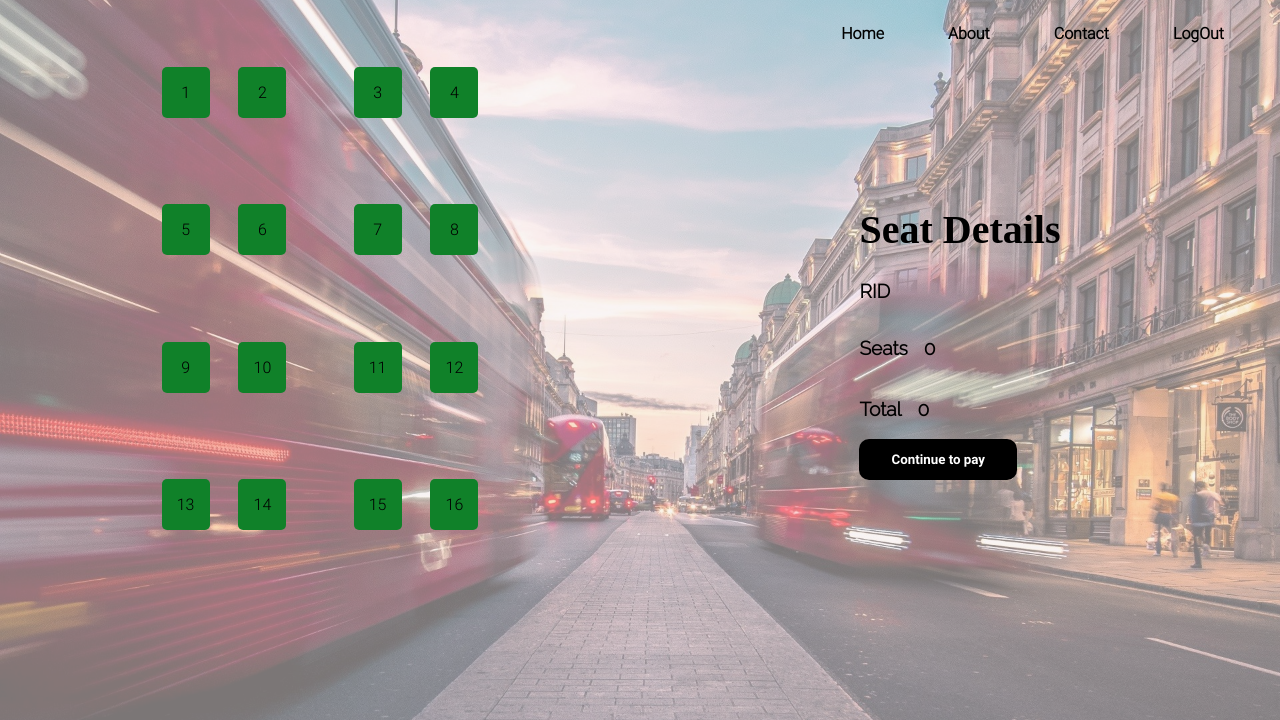
Repository: Savindushehan/RouteMaster-Group-project
Page: http://localhost/RouterMaster/Bus.jsp
An editor plug-in stored every save of this project. The page is shown before and after the next save, followed by the edit.
The browser window is 1280 px wide. The pictures show the whole page.
The page is served by Tomcat 10. Other server files are loaded and not shown. The template is opened directly, without the code that normally fills it, so the values that code supplies are empty.

Above is the page before, as saved 2023-10-12 07:35:28.

### RouteMaster/RouterMaster/src/main/webapp/Bus.jsp
<%@ page language="java" contentType="text/html; charset=UTF-8"
    pageEncoding="UTF-8"%>
<!DOCTYPE html>
<html lang="en">
<head>
    <meta charset="UTF-8">
    <meta name="viewport" content="width=device-width, initial-scale=1.0">
    <title>RouteMaste</title>
    <style>
        @font-face {
        font-family: 'Roboto-Light'; /* Font family name */
        src: url('Fonts/Roboto-Light.ttf') format('truetype'); /* URL to your font file */
        font-weight: normal;
        font-style: italic;
        }
        @font-face {
        font-family: 'Raleway-Light'; /* Font family name */
        src: url('Fonts/Raleway-Light.ttf') format('truetype'); /* URL to your font file */
        font-weight: normal;
        font-style: italic;
        }
        @font-face {
        font-family: 'Roboto-Bold'; /* Font family name */
        src: url('Fonts/Roboto-Bold.ttf') format('truetype'); /* URL to your font file */
        font-weight: normal;
        font-style: italic;
        }
        :root{
            --div-color1:#000000;
            --div-color2:#272702;
            --div-color3:#07FAFA;
            --div-color4:#FFFFFF;
        }
        a{
            text-decoration: none;
        }
        body{
            margin: 0;
            padding: 0;
            background-image: url(background.jpg);
            background-size: cover;
            background-repeat: no-repeat;
            background-position: center;
            height: 100vh;

        }
        body::before {
          content: "";
          position: absolute;
          top: 0;
          left: 0;
          width: 100%;
          height: 100%;
          background-color: rgba(245, 236, 236, 0.5);
          z-index: -1;
        }
        .head{
            display: flex;
            flex-direction: row;
            justify-content: right;
        }
        header h3{
            color: var(--div-color1);
            font-size:1rem;
            margin-right: 3rem;
            cursor: grab;
            padding: 0.5rem;
            border-radius: 0.5rem;
            outline: none;
            font-family: 'Roboto-Light';
        }
        span{
            width: 3rem;
            text-align: center;
            padding-top: 1rem;
            padding-bottom: 1rem;
            border-radius: 5px;
            background-color:rgb(16, 129, 41);
            outline: none;
            cursor: pointer;
            font-family: 'Roboto-Light';

        }
        .side1{
            width: 30%;
            height: 70vh;
        }
        .side2{
            width: 30%;
            display: flex;
            flex-direction: column;
            justify-content: center;
            align-items: center;
        }
        .row1,.row2,.row3,.row4{
            display: flex;
            flex-direction: row;
            justify-content: space-around;
            margin-bottom: 12vh;
        }
        .column1,.column2{
            width: 40%;
            display: flex;
            flex-direction: row;
            justify-content: space-around;
        }
        main{
            display: flex;
            flex-direction: row;
            justify-content: space-around;
            align-items: center;
        }
        button{
          text-align: center;
          padding-left: 2rem;
          padding-right: 2rem;
          padding-top: 0.8rem;
          padding-bottom: 0.8rem;
          border-radius: 10px;
          font-family: 'Roboto-Bold';
          background-color: var(--div-color1);
          color: var(--div-color4);
          border: none;
          outline: none;
          cursor: pointer;
        }
        .details1,.details2{
            display: flex;
            flex-direction: row;

            align-items: center;
        }
        h1{
          font-size: 2.5rem;
          text-align: center;
          margin-top: 3rem;
        }
        h2{
            font-size: 1.2rem;
          font-family: 'Raleway-Light';
        }
        #seats{
            font-size: 1.2rem;
          font-family: 'Raleway-Light';
            margin-left: 1rem;
        }
        #total{
            font-size: 1.2rem;
          font-family: 'Raleway-Light';
            margin-left: 1rem;

        }
        </style>
</head>
<body>

     <header>
        <div class="head">
          <a href="Home.jsp"><h3 id="m1">Home</h3></a>
           <a href="AboutUs.jsp"><h3 id="m2">About</h3></a>
            <a href="ContactUS.jsp"><h3 id="m3">Contact</h3></a>
           <a href="login.jsp"><h3 id="m4">LogOut</h3></a>
        </div>
    </header>
    <main>
        <div class="side1">
            <div class="row1">
                <div class="column1">
                    <span id="s1">1</span>
                    <span id="s2">2</span>
                </div>
            <div class="column2">
                <span id="s3">3</span>
                <span id="s4">4</span>
            </div>
        </div>
        <div class="row2">
            <div class="column1">
                <span id="s5">5</span>
                <span id="s6">6</span>
            </div>
        <div class="column2">
            <span id="s7">7</span>
            <span id="s8">8</span>
        </div>
    </div>
    <div class="row3">
        <div class="column1">
            <span id="s9">9</span>
            <span id="s10">10</span>
        </div>
    <div class="column2">
        <span id="s11">11</span>
        <span id="s12">12</span>
    </div>
</div>
<div class="row4">
    <div class="column1">
        <span id="s13">13</span>
        <span id="s14">14</span>
    </div>
<div class="column2">
    <span id="s15">15</span>
    <span id="s16">16</span>
</div>
</div>
        </div>
        <div class="side2">
            <form>
 <h1>Seat Details</h1>

      <c:forEach var="cus" items="${regDetails}">
    <c:set var="RID" value="${cus.getRID()}"/>
    <c:set var="F_name" value="${cus.getFirst_Name()}"/>
    <c:set var="L_name" value="${cus.getLast_Name()}"/>
    <c:set var="Phone" value="${cus.getPhone()}"/>
    <c:set var="Username" value="${cus.getUsername()}"/>
    <c:set var="Password" value="${cus.getPassword()}"/>


                 <h2>RID</h2>
                <span>${cus.getRID()}</span>


    <div class="details1">
        <h2>Seats</h2>
        <h3 id="seats">0</h3>
    </div>
    <div class="details2">
        <h2>Total</h2>
        <h3 id="total">0</h3>
    </div>
    <button id="btn">Continue to pay</button>
</c:forEach>


            </form>

        </div>
    </main>
    <script>

        var M1=document.getElementById("m1");
        var M2=document.getElementById("m2");
        var M3=document.getElementById("m3");
        var M4=document.getElementById("m4");
        var BTN=document.getElementById("btn");
        var S1=document.getElementById("s1");
        var S2=document.getElementById("s2");
        var S3=document.getElementById("s3");
        var S4=document.getElementById("s4");
        var S5=document.getElementById("s5");
        var S6=document.getElementById("s6");
        var S7=document.getElementById("s7");
        var S8=document.getElementById("s8");
        var S9=document.getElementById("s9");
        var S10=document.getElementById("s10");
        var S11=document.getElementById("s11");
        var S12=document.getElementById("s12");
        var S13=document.getElementById("s13");
        var S14=document.getElementById("s14");
        var S15=document.getElementById("s15");
        var S16=document.getElementById("s16");
        var Seats=document.getElementById("seats");
        var Total=document.getElementById("total");

        M1.onmousemove=function(){
          M1.style.backgroundColor="var(--div-color3)";
          M1.style.color="var(--div-color4)";
        }
        M1.onmouseout=function(){
          M1.style.backgroundColor="";
          M1.style.color="var(--div-color1)";
        }
        M2.onmousemove=function(){
          M2.style.backgroundColor="var(--div-color3)";
          M2.style.color="var(--div-color4)";
        }
        M2.onmouseout=function(){
          M2.style.backgroundColor="";
          M2.style.color="var(--div-color1)";
        }
        M3.onmousemove=function(){
          M3.style.backgroundColor="var(--div-color3)";
          M3.style.color="var(--div-color4)";
        }
        M3.onmouseout=function(){
          M3.style.backgroundColor="";
          M3.style.color="var(--div-color1)";
        }
        M4.onmousemove=function(){
          M4.style.backgroundColor="var(--div-color3)";
          M4.style.color="var(--div-color4)";
        }
        M4.onmouseout=function(){
          M4.style.backgroundColor="";
          M4.style.color="var(--div-color1)";
        }
        /* Above javascript code must include all tha page.don't change the code.*/
        BTN.onmousemove=function(){
          BTN.style.color="var(--div-color1)";
          BTN.style.backgroundColor="var(--div-color4)";
        }
        BTN.onmouseout=function(){
          BTN.style.color="var(--div-color4)";
          BTN.style.backgroundColor="var(--div-color1)";
        }

        var s1=1;
        var count=0;
        S1.onclick=function(){
            if(s1==1){
                S1.style.backgroundColor="red";
                ++s1;
                ++count;
                Seats.innerHTML=count;
                Total.innerHTML=count*450;
            }else if(s1==2){
                --s1;
                --count;
                Seats.innerHTML=count;
                Total.innerHTML=count*450;
                S1.style.backgroundColor="rgb(16, 129, 41)";
            }
        }
        var s2=1;
        S2.onclick=function(){
            if(s2==1){
                S2.style.backgroundColor="red";
                ++s2;
                ++count;
                Seats.innerHTML=count;
                Total.innerHTML=count*450;
            }else if(s2==2){
                --s2;
                --count;
                Seats.innerHTML=count;
                Total.innerHTML=count*450;
                S2.style.backgroundColor="rgb(16, 129, 41)";
            }
        }
        var s3=1;
        S3.onclick=function(){
            if(s3==1){
                S3.style.backgroundColor="red";
                ++s3;
                ++count;
                Seats.innerHTML=count;
                Total.innerHTML=count*450;
            }else if(s3==2){
                --s3;
                --count;
                Seats.innerHTML=count;
                Total.innerHTML=count*450;
                S3.style.backgroundColor="rgb(16, 129, 41)";
            }
        }
        var s4=1;
        S4.onclick=function(){
            if(s4==1){
                S4.style.backgroundColor="red";
                ++s4;
                ++count;
                Total.innerHTML=count*450;
                Seats.innerHTML=count;

            }else if(s4==2){
                --s4;
                --count;
                Seats.innerHTML=count;
                Total.innerHTML=count*450;
                S4.style.backgroundColor="rgb(16, 129, 41)";
            }
        }
        var s5=1;
        S5.onclick=function(){
            if(s5==1){
                S5.style.backgroundColor="red";
                ++s5;
                ++count;
                Seats.innerHTML=count;
                Total.innerHTML=count*450;
            }else if(s5==2){
                --s5;
                --count;
                Seats.innerHTML=count;
                Total.innerHTML=count*450;
                S5.style.backgroundColor="rgb(16, 129, 41)";
            }
        }
        var s6=1;
        S6.onclick=function(){
            if(s6==1){
                S6.style.backgroundColor="red";
                ++s6;
                ++count;
                Seats.innerHTML=count;
                Total.innerHTML=count*450;

            }else if(s6==2){
                --s6;
                --count;
                Seats.innerHTML=count;
                Total.innerHTML=count*450;
                S6.style.backgroundColor="rgb(16, 129, 41)";
            }
        }
        var s7=1;
        S7.onclick=function(){
            if(s7==1){
                S7.style.backgroundColor="red";
                ++s7;
                ++count;
                Seats.innerHTML=count;
                Total.innerHTML=count*450;
            }else if(s7==2){
                --s7;
                --count;
                Seats.innerHTML=count;
                Total.innerHTML=count*450;
                S7.style.backgroundColor="rgb(16, 129, 41)";
            }
        }
        var s8=1;
        S8.onclick=function(){
            if(s8==1){
                S8.style.backgroundColor="red";
                ++s8;
                ++count;
                Seats.innerHTML=count;
                Total.innerHTML=count*450;
            }else if(s8==2){
                --s8;
                --count;
                Seats.innerHTML=count;
                Total.innerHTML=count*450;
                S8.style.backgroundColor="rgb(16, 129, 41)";
            }
        }
        var s9=1;
        S9.onclick=function(){
            if(s9==1){
                S9.style.backgroundColor="red";
                ++s9;
                ++count;
                Seats.innerHTML=count;
                Total.innerHTML=count*450;

            }else if(s9==2){
                --s9;
                --count;
                Seats.innerHTML=count;
                Total.innerHTML=count*450;
                S9.style.backgroundColor="rgb(16, 129, 41)";
            }
        }
        var s10=1;
        S10.onclick=function(){
            if(s10==1){
                S10.style.backgroundColor="red";
                ++s10;
                ++count;
                Seats.innerHTML=count;
                Total.innerHTML=count*450;
            }else if(s10==2){
                --s10;
                Seats.innerHTML=count;
                Total.innerHTML=count*450;
                S10.style.backgroundColor="rgb(16, 129, 41)";
            }
        }
        var s11=1;
        S11.onclick=function(){
            if(s11==1){
                S11.style.backgroundColor="red";
                ++s11;
                ++count;
                Total.innerHTML=count*450;
                Seats.innerHTML=count;

            }else if(s11==2){
                --s11;
                --count;
                Seats.innerHTML=count;
                Total.innerHTML=count*450;
                S11.style.backgroundColor="rgb(16, 129, 41)";
            }
        }
        var s12=1;
        S12.onclick=function(){
            if(s12==1){
                S12.style.backgroundColor="red";
                ++s12;
                ++count;
                Total.innerHTML=count*450;
                Seats.innerHTML=count;

            }else if(s12==2){
                --s12;
                --count;
                Seats.innerHTML=count;
                Total.innerHTML=count*450;
                S12.style.backgroundColor="rgb(16, 129, 41)";
            }
        }
        var s13=1;
        S13.onclick=function(){
            if(s13==1){
                S13.style.backgroundColor="red";
                ++s13;
                ++count;
                Total.innerHTML=count*450;
            }else if(s13==2){
                --s13;
                --count;
                Seats.innerHTML=count;
                Total.innerHTML=count*450;
                S13.style.backgroundColor="rgb(16, 129, 41)";
            }
        }
        var s14=1;
        S14.onclick=function(){
            if(s14==1){
                S14.style.backgroundColor="red";
                ++s14;
                ++count;
                Total.innerHTML=count*450;
                Seats.innerHTML=count;

            }else if(s14==2){
                --s14;
                --count;
                Seats.innerHTML=count;
                Total.innerHTML=count*450;
                S14.style.backgroundColor="rgb(16, 129, 41)";
            }
        }
        var s15=1;
        S15.onclick=function(){
            if(s15==1){
                S15.style.backgroundColor="red";
                ++s15;
                ++count;
                Total.innerHTML=count*450;
                Seats.innerHTML=count;

            }else if(s15==2){
                --s15;
                --count;
                Seats.innerHTML=count;
                Total.innerHTML=count*450;
                S15.style.backgroundColor="rgb(16, 129, 41)";
            }
        }
        var s16=1;
        S16.onclick=function(){
            if(s16==1){
                S16.style.backgroundColor="red";
                ++s16;
                ++count;
                Total.innerHTML=count*450;
                Seats.innerHTML=count;

            }else if(s16==2){
                --s16;
                --count;
                Seats.innerHTML=count;
                Total.innerHTML=count*450;
                S16.style.backgroundColor="rgb(16, 129, 41)";
            }
        }



       </script>
</body>
</html>

After the next save:
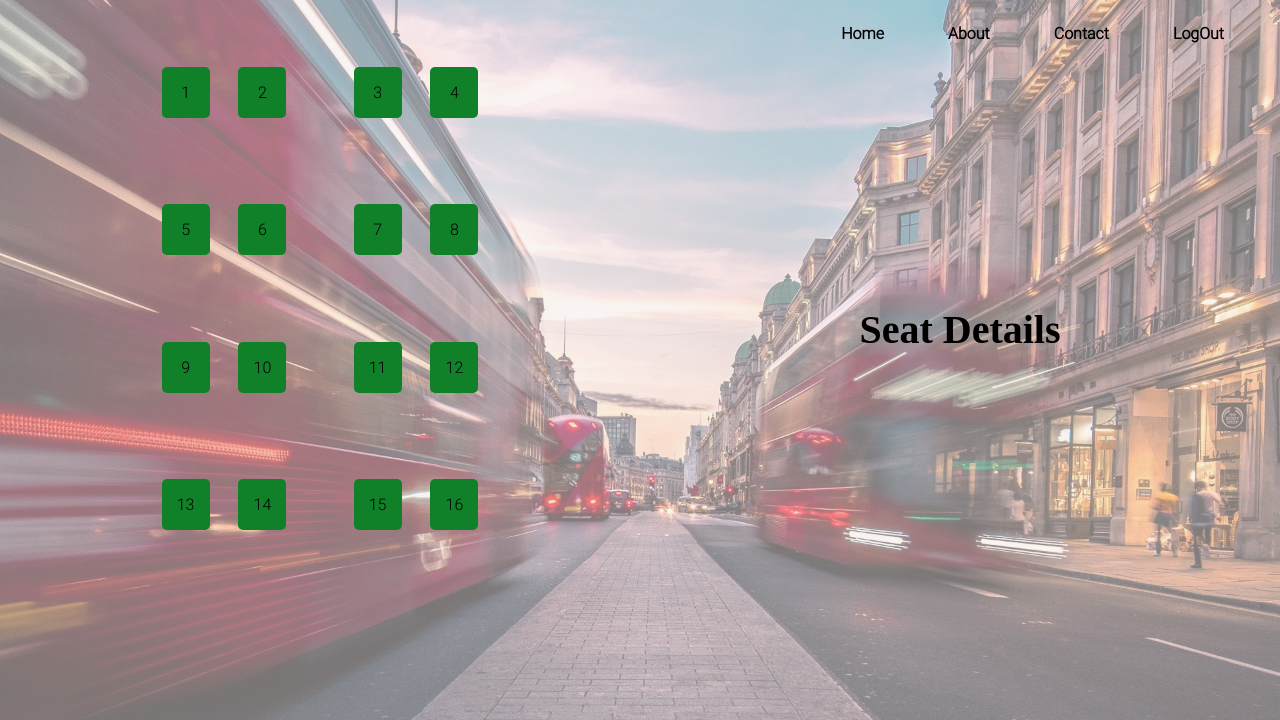
Console error: TypeError: Cannot set properties of null (setting 'onmousemove')
Saved 45 s later.
--- a/RouteMaster/RouterMaster/src/main/webapp/Bus.jsp
+++ b/RouteMaster/RouterMaster/src/main/webapp/Bus.jsp
@@ -1,5 +1,5 @@
-<%@ page language="java" contentType="text/html; charset=UTF-8"
-    pageEncoding="UTF-8"%>
+<%@ page language="java" contentType="text/html; charset=UTF-8" pageEncoding="UTF-8"%>
+<%@ taglib prefix="c" uri="http://java.sun.com/jsp/jstl/core" %>
 <!DOCTYPE html>
 <html lang="en">
 <head>
